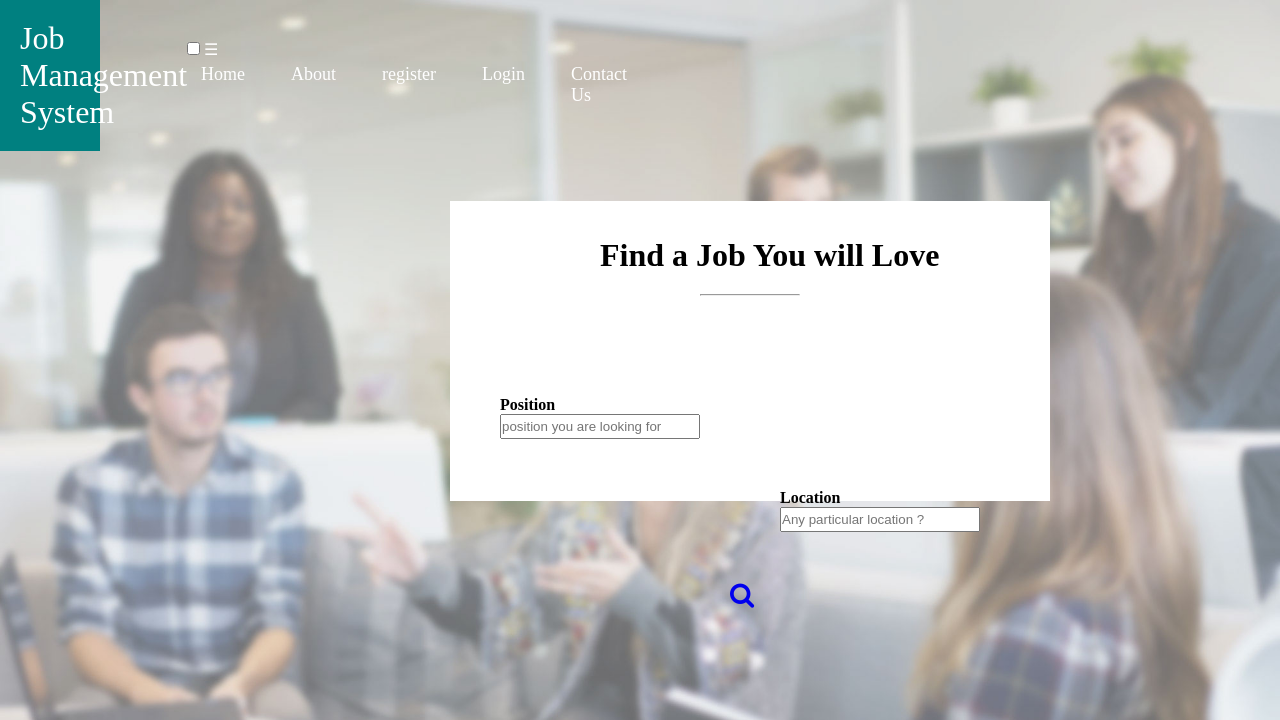
Repository: PrinceKumawat1109/JFSD
Page: http://localhost/Job-management/home.jsp
An editor plug-in stored every save of this project. The page is shown before and after the next save, followed by the edit.
The browser window is 1280 px wide. The pictures show the whole page.
The page is served by Tomcat 9. Other server files are loaded and not shown.

Above is the page before, as saved 2022-10-29 18:18:40.

### Job-management/src/main/webapp/home.jsp
<%@ page language="java" contentType="text/html; charset=UTF-8"
    pageEncoding="UTF-8"%>
<!DOCTYPE html>
<html>
<head>
<meta charset="UTF-8">
<link rel="stylesheet" href="https://cdnjs.cloudflare.com/ajax/libs/font-awesome/4.7.0/css/font-awesome.min.css">
<title>Home</title>
	<jsp:include page="navbar.jsp" />
</head>
<style>
body{
    background-image: url('meeting.jpg');
    height: 100px;
    width: 100px;
    background-size: cover;

}
.box{
height: 300px;
width: 600px;
background-color: white;
margin-left: 450px;
margin-top: 50px;
}
h4{
margin-left: 50px;
margin-top: 100px;
}
.location h4{
margin-left: 330px;
margin-top: 50px;

}
</style>
<body>

<div class="box">
<br><br>
<h1 style="margin-left: 150px;">Find a Job You will Love</h1>
<hr style="width: 100px; background-color: red; margin-left: 250px; margin-top: 20px;">
<h4>Position</h4>
<div class="kk" style="margin-left: 50px;">
<input style="height: 25px; width: 200px;"  type="box"  placeholder="position you are looking for">
</div>

<div class="location">
<h4>Location</h4>
<div class="ii">
<input style="height: 25px; width: 200px; margin-left: 330px; "  type="box" placeholder="Any particular location ?">
</div>
</div>
<div class="search">
<a href="facebook.com"><i class="fa fa-search" style="margin-top: 50px; font-size:26px; margin-left: 280px;"></i></a>
</div>
</div>
</body>
</html>

### Job-management/src/main/webapp/navbar.jsp
<!DOCTYPE html>
<html lang="en">
 <head>
   <meta charset="UTF-8" />
   <meta http-equiv="X-UA-Compatible" content="IE=edge" />
   <meta name="viewport" content="width=device-width, initial-scale=1.0" />
   <style>

    /* UTILITIES */
* {
 margin: 0;
 padding: 0;
 box-sizing: border-box;
}
body {
 font-family: cursive;
}
a {
 text-decoration: none;
}
li {
 list-style: none;
}

/* NAVBAR STYLING STARTS */
.navbar {
 display: flex;
 align-items: center;
 justify-content: space-between;
 padding: 20px;
 background-color: teal;
 color: #fff;
}
.nav-links a {
 color: #fff;
}
/* LOGO */
.logo {
 font-size: 32px;
}
/* NAVBAR MENU */
.menu {
 display: flex;
 gap: 1em;
 font-size: 18px;
}
.menu li:hover {
 background-color: #4c9e9e;
 border-radius: 5px;
 transition: 0.3s ease;
}
.menu li {
 padding: 5px 14px;
}
/* DROPDOWN MENU */
.services {
 position: relative;
}
.dropdown {
 background-color: rgb(1, 139, 139);
 padding: 1em 0;
 position: absolute; /*WITH RESPECT TO PARENT*/
 display: none;
 border-radius: 8px;
 top: 35px;
}
.dropdown li + li {
 margin-top: 10px;
}
.dropdown li {
 padding: 0.5em 1em;
 width: 8em;
 text-align: center;
}
.dropdown li:hover {
 background-color: #4c9e9e;
}
.services:hover .dropdown {
 display: block;
}
   </style>
   <title>Document</title>
 </head>
 <body>
   <nav class="navbar">
     <!-- LOGO -->
     <div class="logo">Job Management System</div>
     <!-- NAVIGATION MENU -->
     <ul class="nav-links">
       <!-- USING CHECKBOX HACK -->
       <input type="checkbox" id="checkbox_toggle" />
       <label for="checkbox_toggle" class="hamburger">&#9776;</label>
       <!-- NAVIGATION MENUS -->
       <div class="menu">
         <li><a href="home.jsp">Home</a></li>
         <li><a href="/">About</a></li>
         <li class="services">
           <a href="/">register</a>
           <!-- DROPDOWN MENU -->
           <ul class="dropdown">
             <li><a href="employeeregister.jsp">Employee </a></li>
             <li><a href="employerregister.jsp">Employers</a></li>
           </ul>
         </li>
         <li class="services">
           <a href="/">Login</a>
           <!-- DROPDOWN MENU -->
           <ul class="dropdown">
             <li><a href="employeelogin.jsp">Employee login </a></li>
             <li><a href="employerlogin.jsp">Employers login</a></li>
           </ul>
         </li>
         <li><a href="contact.jsp">Contact Us</a></li>
       </div>
     </ul>
   </nav>
 </body>
</html>

After the next save:
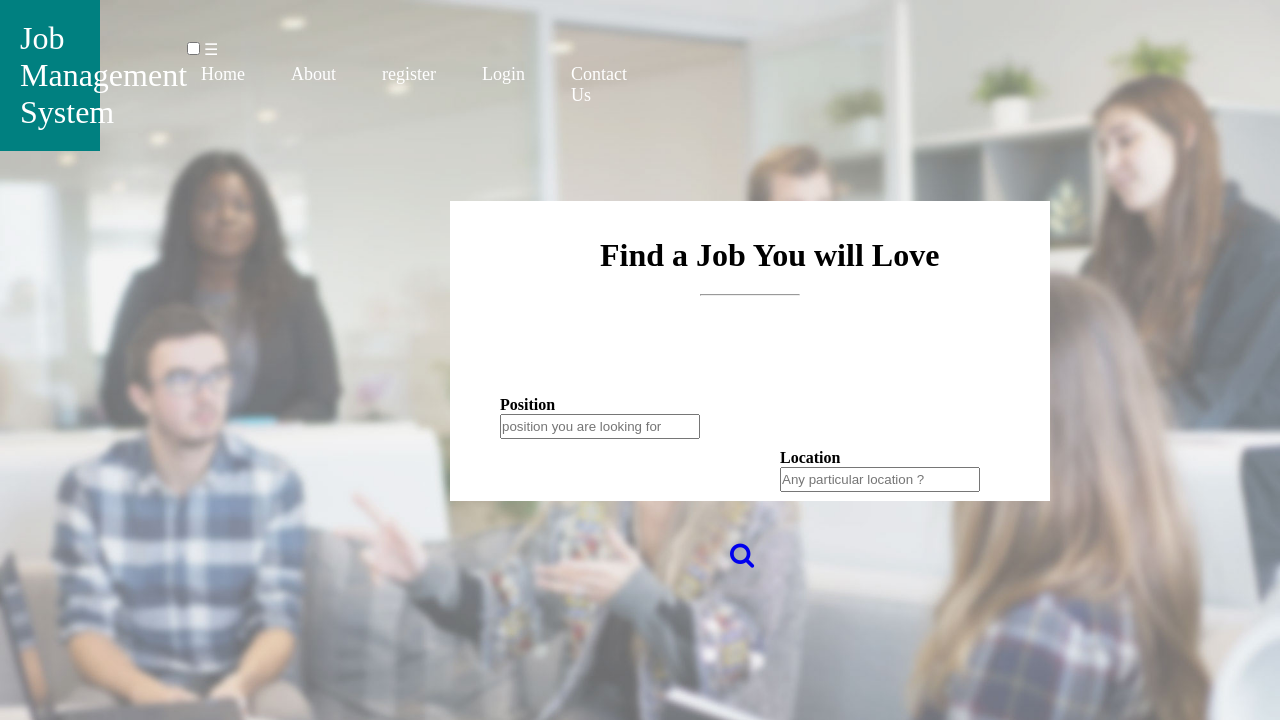
Saved 5 s later.
--- a/Job-management/src/main/webapp/home.jsp
+++ b/Job-management/src/main/webapp/home.jsp
@@ -29,7 +29,7 @@ margin-top: 100px;
 }
 .location h4{
 margin-left: 330px;
-margin-top: 50px;
+margin-top: 10px;
 
 }
 </style>
